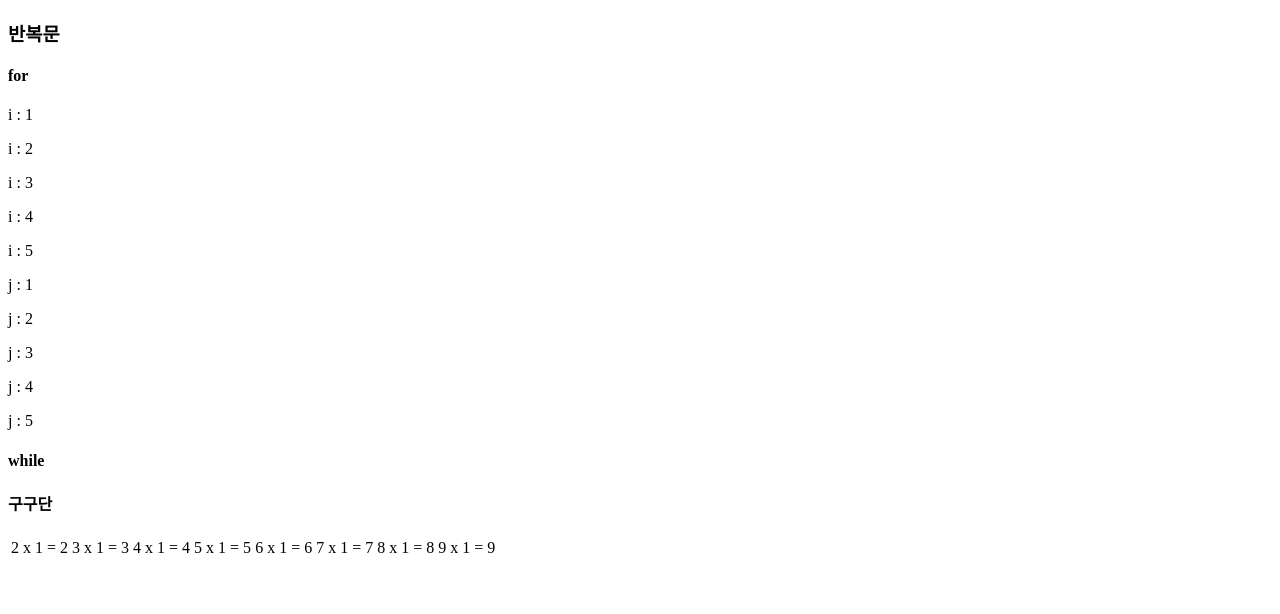
Repository: cms8474/JSP
Page: http://localhost/ch02/3_Loop.jsp
The author's editor kept a copy of each file at every save. The page is drawn from the files as they stood at one save, then again after the next save.
The browser window is 1280 px wide. The pictures show the whole page.
The page is served by Tomcat 9. Other server files are loaded and not shown.

Above is the page before, as saved 2025-07-28 02:05:23.

### ch02/src/main/webapp/3_Loop.jsp
<%@ page contentType="text/html; charset=UTF-8" pageEncoding="UTF-8"%>
<!DOCTYPE html>
<html>
	<head>
		<meta charset="UTF-8">
		<title>반복문</title>
		<%--
		2507028
		최민수
		JSP 스크립트릿 반복문 실습
		 --%>
	</head>
	<body>
		<h3>반복문</h3>

		<h4>for</h4>
		<%
			for(int i=1 ; i<=5 ; i++){
				out.println("<p>i : " + i + "</p>");
			}

		%>

		<% for(int j=1 ; j<=5 ; j++){ %>
				<p>j : <%= j %></p>
		<%}%>


		<h4>while</h4>

		<%
			int k = 1;
			while(k >=5){
		%>
			<p>k : <%= k %></p>
		<%
			k++;
			}
		 %>

		 <h4>구구단</h4>

		 <table>
		 	<tr>
				<td>2 x 1 = 2</td>
				<td>3 x 1 = 3</td>
				<td>4 x 1 = 4</td>
				<td>5 x 1 = 5</td>
				<td>6 x 1 = 6</td>
				<td>7 x 1 = 7</td>
				<td>8 x 1 = 8</td>
				<td>9 x 1 = 9</td>
		 	</tr>
		 </table>


	</body>
</html>

After the next save:
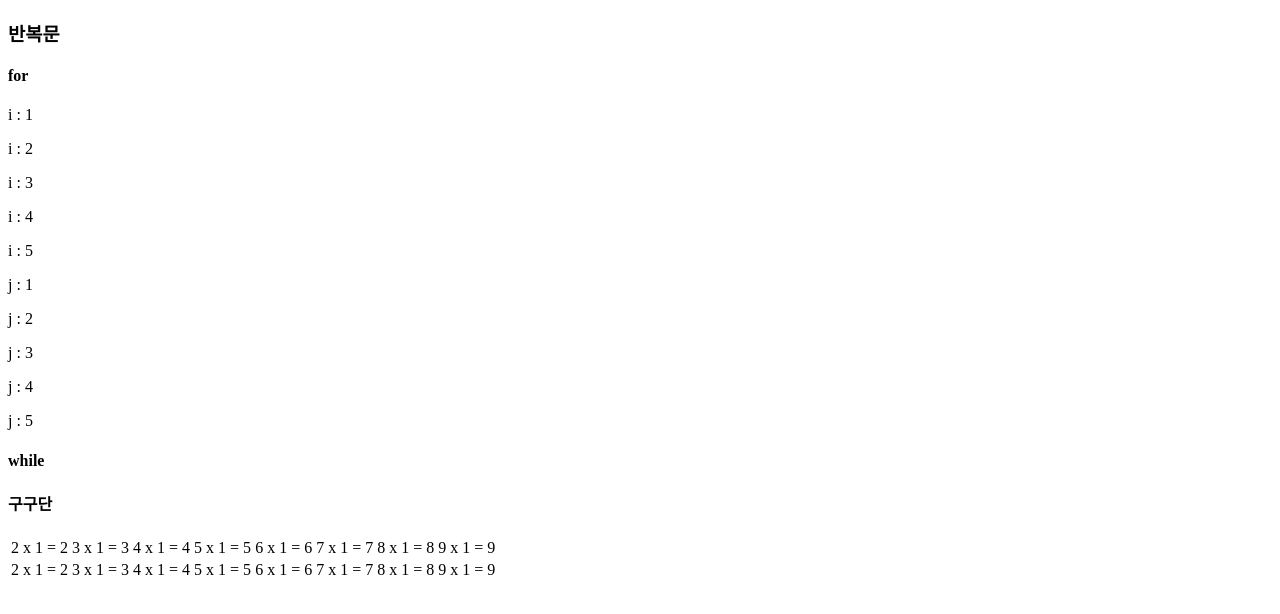
Saved 14 s later.
--- a/ch02/src/main/webapp/3_Loop.jsp
+++ b/ch02/src/main/webapp/3_Loop.jsp
@@ -51,6 +51,16 @@
 				<td>8 x 1 = 8</td>
 				<td>9 x 1 = 9</td>
 		 	</tr>
+		 	<tr>
+				<td>2 x 1 = 2</td>
+				<td>3 x 1 = 3</td>
+				<td>4 x 1 = 4</td>
+				<td>5 x 1 = 5</td>
+				<td>6 x 1 = 6</td>
+				<td>7 x 1 = 7</td>
+				<td>8 x 1 = 8</td>
+				<td>9 x 1 = 9</td>
+		 	</tr>
 		 </table>
 
 
